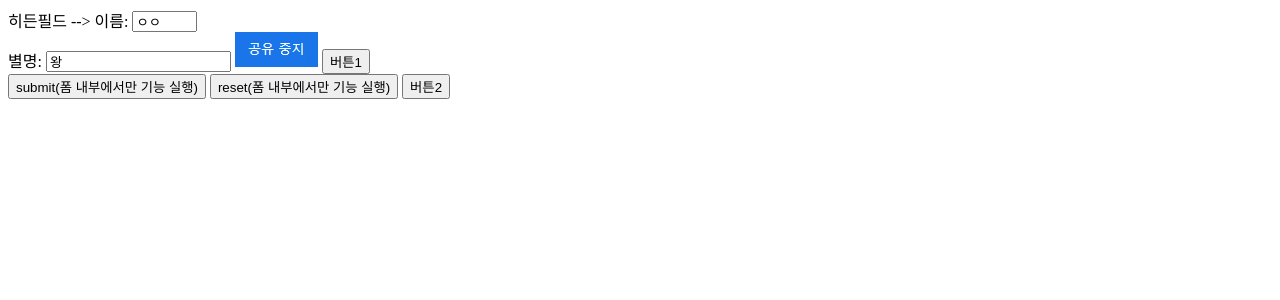
Repository: sunday1284/03_Web
Page: WebPro/src/main/webapp/1028/form요소.html
The author's editor kept a copy of each file at every save. The page is drawn from the files as they stood at one save, then again after the next save.
The browser window is 1280 px wide. The pictures show the whole page.

Above is the page before, as saved 2024-10-29 05:58:46.

After the next save:
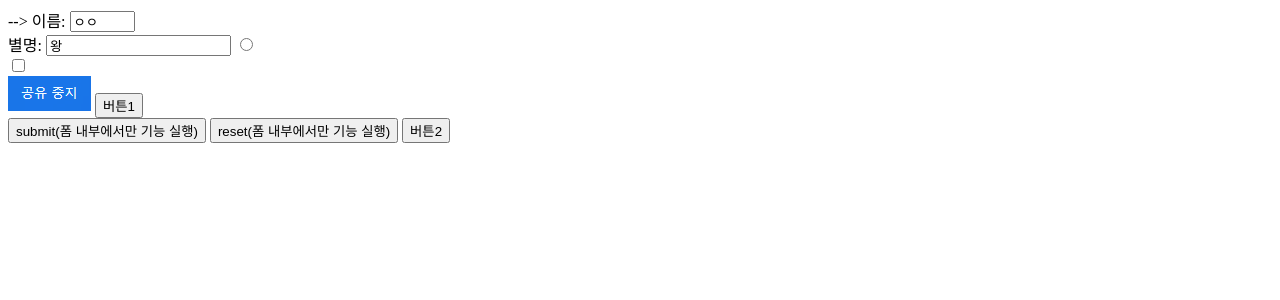
Saved 3 min 23 s later.
--- a/WebPro/src/main/webapp/1028/form요소.html
+++ b/WebPro/src/main/webapp/1028/form요소.html
@@ -9,15 +9,15 @@
 	<form action="form.jsp" method="post">
 
 		<!-- type=text는 기본적으로 생략 가능 -->
-		히든필드<input type="hidden" name="hddn" value="숨겨진값">
+		<!-- 히든필드<input type="hidden" name="hddn" value="숨겨진값"> -->
  -->		이름: <input type="text" name="erum" value="ㅇㅇ"
  				 size="5" maxlength="5"> <br>
 		별명: <input type="text" name="alias" value="왕">
 				<!-- <input type = 'password'> <br> -->
-				<!-- <input type = "radio"> <br>
-					<input type = "checkbox"> <br>
-					<input type = "file"> <br>
-					 -->
+				<input type = "radio" value="f"> <br>
+					<input type = "checkbox" value="m"> <br>
+	<!-- 				<input type = "file"> <br> -->
+
 
 
 <!-- 		<input type="submit" value="서버로 정보 전송"> submit을 하면 action으로 감
